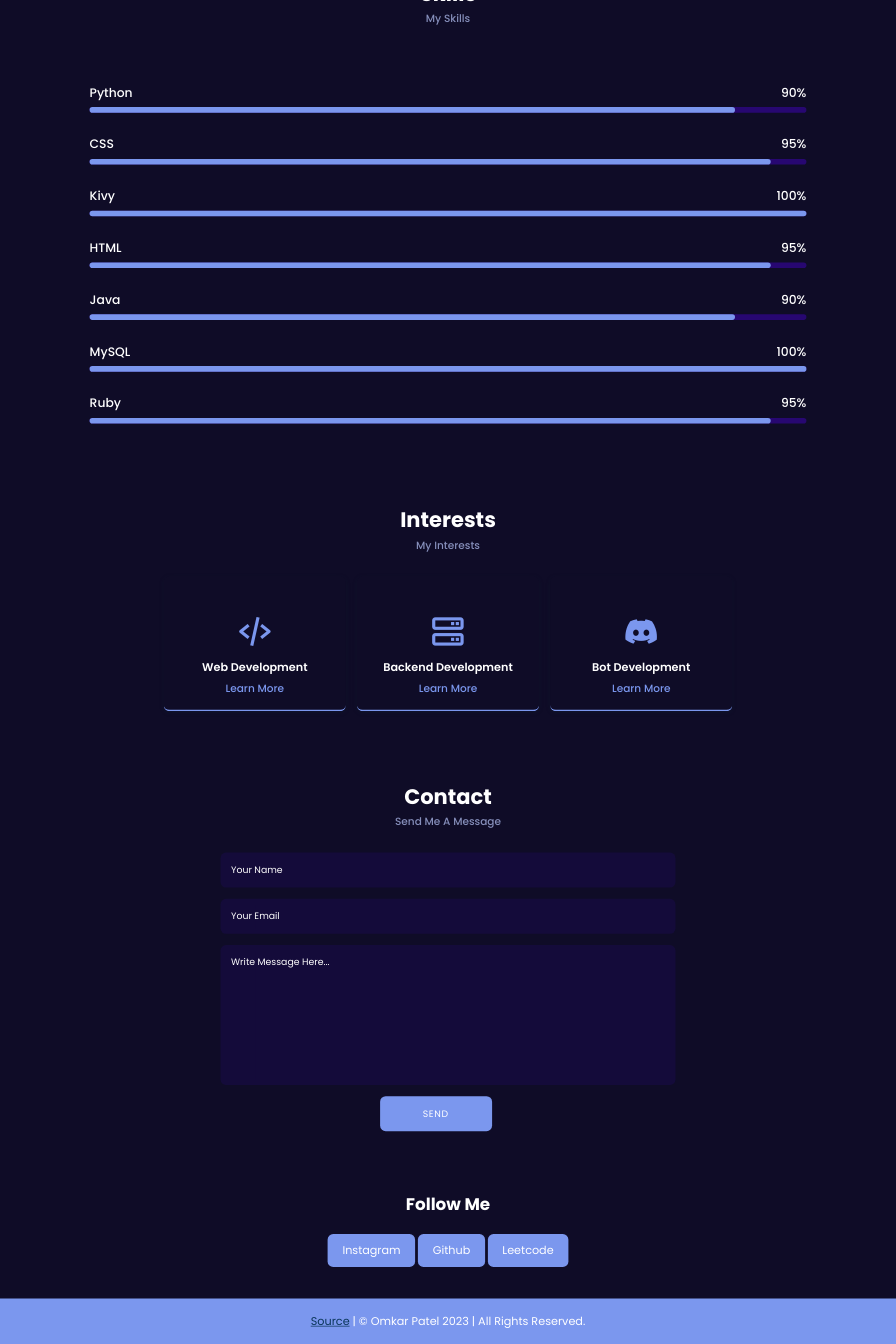
Repository: omkarxpatel/Omkar-Portfolio
Page: src/index.html
An editor plug-in stored every save of this project. The page is shown before and after the next save, followed by the edit.
The browser window is 1280 px wide. The pictures show the part of the page from y = 1350 to 3270 px (the page is 3270 px tall before and 2654 px after), at 70% of full size.
A picture or video elsewhere on the page could not be fetched, so the positions and the page height are approximate.

Above is the page before, as saved 2023-03-25 16:46:01.

After the next save:
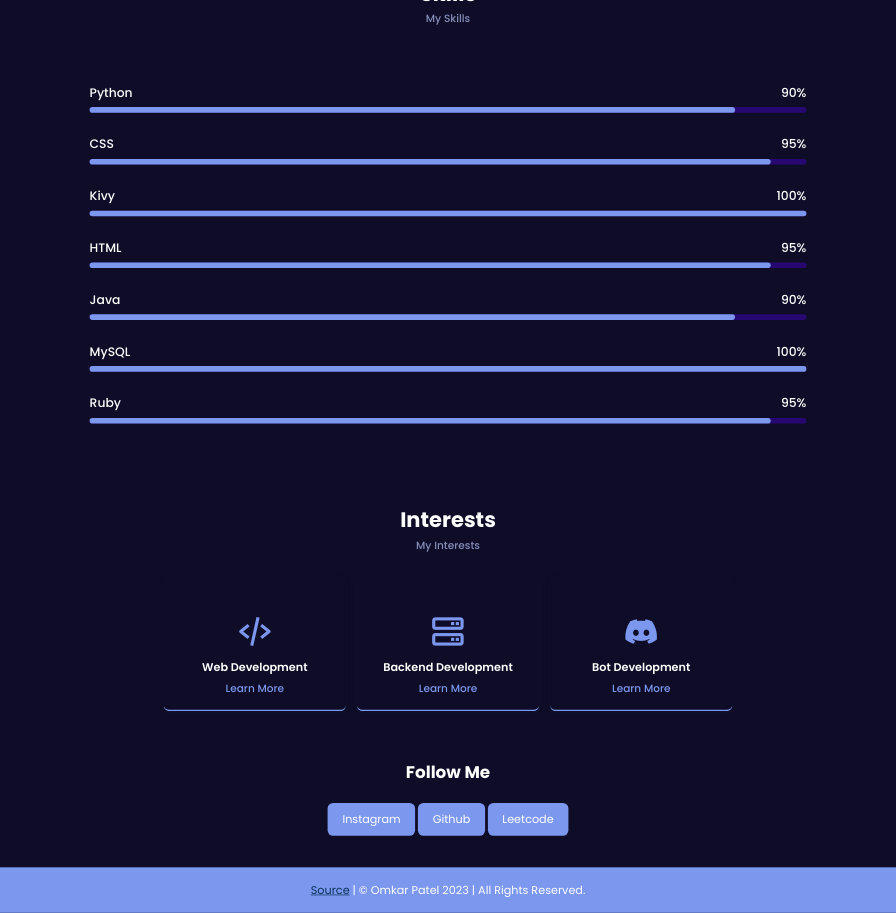
Saved 3 min 3 s later.
--- a/src/index.html
+++ b/src/index.html
@@ -217,7 +217,7 @@
 <!-- Services Section End -->
 
 <!-- Contact Section Start -->
-<section class="contact" id="contact">
+<!-- <section class="contact" id="contact">
     <div class="heading">
         <h2>Contact</h2>
         <span>Send Me A Message</span>
@@ -230,7 +230,7 @@
                                 <input type="submit" value="Send" class="contact-button">
                                 </form>
                             </div>
-                            </section>
+                            </section> -->
                             <!-- Contact Section End -->
                          <div class="footer">
                                 <h2>Follow Me</h2>
